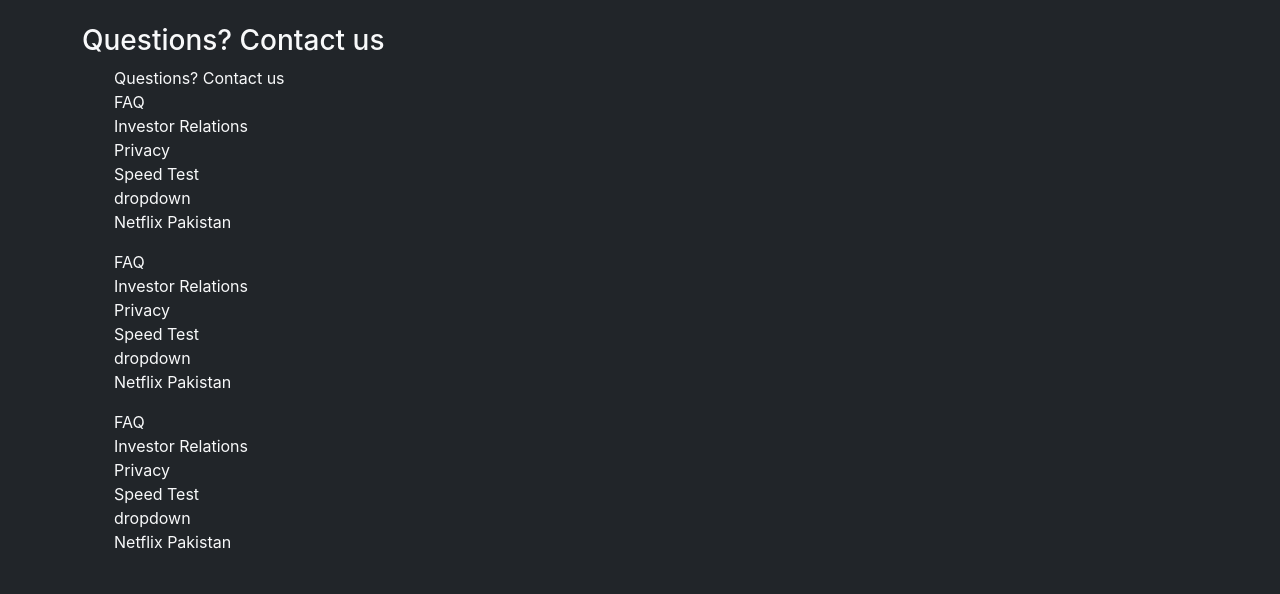
Repository: WajihaGul/Netflix-Clone
Page: /
An editor plug-in stored every save of this project. The page is shown before and after the next save, followed by the edit.
The browser window is 1280 px wide. The pictures show the part of the page from y = 621 to 1215 px (the page is 1215 px tall before and 1213 px after).
The project was rebuilt for these pictures with package versions that can differ from the ones it lists, and the page was loaded fresh each time. Also part of the build but not shown: src/App.css, src/Components/Navbar/Navbar.jsx.

Above is the page before, as saved 2024-05-23 22:21:29.

### public/index.html
<!DOCTYPE html>
<html lang="en">
  <head>
    <meta charset="utf-8" />
    <link rel="icon" href="https://encrypted-tbn0.gstatic.com/images?q=tbn:ANd9GcSJd82jZdXs8Uj9CX3mJFuRF27MZB7q_34xAg&s" />
    <meta name="viewport" content="width=device-width, initial-scale=1" />
    <meta name="theme-color" content="#000000" />
    <meta
      name="description"
      content="Web site created using create-react-app"
    />
    <link rel="apple-touch-icon" href="%PUBLIC_URL%/logo192.png" />
    <!--
      manifest.json provides metadata used when your web app is installed on a
      user's mobile device or desktop. See https://developers.google.com/web/fundamentals/web-app-manifest/
    -->
    <link rel="manifest" href="%PUBLIC_URL%/manifest.json" />
    <!--
      Notice the use of %PUBLIC_URL% in the tags above.
      It will be replaced with the URL of the `public` folder during the build.
      Only files inside the `public` folder can be referenced from the HTML.

      Unlike "/favicon.ico" or "favicon.ico", "%PUBLIC_URL%/favicon.ico" will
      work correctly both with client-side routing and a non-root public URL.
      Learn how to configure a non-root public URL by running `npm run build`.
    -->
    <title>Netflix- Watch TV Shows Online, Watch Movies Online</title>
  </head>
  <body>
    <noscript>You need to enable JavaScript to run this app.</noscript>
    <div id="root"></div>
    <!--
      This HTML file is a template.
      If you open it directly in the browser, you will see an empty page.

      You can add webfonts, meta tags, or analytics to this file.
      The build step will place the bundled scripts into the <body> tag.

      To begin the development, run `npm start` or `yarn start`.
      To create a production bundle, use `npm run build` or `yarn build`.
    -->
  </body>
</html>

### src/index.js
import "bootstrap/dist/css/bootstrap.min.css";
import React from "react";
import ReactDOM from "react-dom/client";
import "./index.css";
import App from "./App";
import reportWebVitals from "./reportWebVitals";

const root = ReactDOM.createRoot(document.getElementById("root"));
root.render(
  <React.StrictMode>
    <App />
  </React.StrictMode>
);

// If you want to start measuring performance in your app, pass a function
// to log results (for example: reportWebVitals(console.log))
// or send to an analytics endpoint. Learn more: https://bit.ly/CRA-vitals
reportWebVitals();

### src/App.js
import "./App.css";
import Footer from "./Components/Footer/Footer";
import Navbar from "./Components/Navbar/Navbar";
import SignupHere from "./Components/SignupHere/SignupHere";

function App() {
  return (
    <>
      <SignupHere />
      <Footer />
    </>
  );
}

export default App;

### src/Components/Footer/Footer.jsx
import React from "react";
import styles from "./Footer.module.css";
const Footer = () => {
  return (
    <footer className="bg-dark text-light py-4">
      <div className="container">
        <div className="row">
          <div className="col-lg-12">
            <h3>Questions? Contact us </h3>
            <ul>
              <li>Questions? Contact us </li>
              <li>FAQ</li>
              <li>Investor Relations</li>
              <li>Privacy</li>
              <li>Speed Test</li>
              dropdown
              <li>Netflix Pakistan</li>
            </ul>
          </div>

          <div className="col-lg-12">
            <ul>
              <li>FAQ</li>
              <li>Investor Relations</li>
              <li>Privacy</li>
              <li>Speed Test</li>
              dropdown
              <li>Netflix Pakistan</li>
            </ul>
          </div>

          <div className="col-lg-12 ">
            <ul>
              <li>FAQ</li>
              <li>Investor Relations</li>
              <li>Privacy</li>
              <li>Speed Test</li>
              dropdown
              <li>Netflix Pakistan</li>
            </ul>
          </div>
        </div>
      </div>
    </footer>
  );
};

export default Footer;

### src/Components/SignupHere/SignupHere.jsx
import styles from "./SignupHere.module.css";

const SignupHere = () => {
  return (
    <>
      <div className={styles.imgContainer}>
        <div className={`expand-lg bg-body-tertiary ${styles.navcontainer} `}>
          <h1>NETFLIX</h1>
          className={`expand-lg bg-body-tertiary ${styles.navcontainer} `}
          <div className="container-fluid">
            <a className={styles.brand} href="#">
              <span className={styles.navstyle}>NETFLIX</span>
            </a>

            <button className={styles.navbtn} type="submit">
              Sign in
            </button>
          </div>
          <div className={styles.SignupTextDiv}>
            <h1 className={styles.SignupText}>
              Unlimited movies, TV shows, and more
            </h1>
            <p className={styles.SignupText}>Watch anywhere. Cancel anytime.</p>
            <p className={styles.SignupText}>
              Ready to watch? Enter your email to create or restart your
              membership
            </p>
            <div>
              <input
                className={styles.SignupForm}
                type="email"
                id="email"
                name="email"
                placeholder="Enter your email"
                required
              />
              <button className={styles.SignUpBtn}>Get Started</button>
            </div>
          </div>
        </div>
      </div>
    </>
  );
};

export default SignupHere;

### src/Components/SignupHere/SignupHere.module.css
.imgContainer{
    margin-top: -79px;
    height: 700px;
    width: 100%;
    background-image: url(https://assets.nflxext.com/ffe/siteui/vlv3/a99688ca-33c3-4099-9baa-07a2e2acb398/0279102c-4f3f-4ed2-a283-cce57434d595/PK-en-20240520-popsignuptwoweeks-perspective_alpha_website_large.jpg);
}


.navbtn {
    background: #e61c1c;
    color: white;
    /* padding: 4px 17px; */
    border-radius: 7px;
    border: none;
    font-size: medium;
    font-family: emoji;
    margin-left: 343px;
    margin-right: 343px;
    padding-top: 4px;
    padding-bottom: 4px;
    height: 32px;
    width: 71px;
    margin-top: 2px;
    margin-bottom: 2px;
}

.navstyle{
    color: red;
    font-size: xx-large;
    font-family: emoji;
    padding-left: 343px;
    padding-right: 343px;
    padding-top: 10px;
    padding-bottom: 10px;
}

.navcontainer{
    background-color: transparent !important;
}
.SignupText{
    color: white;
    align-items: center;
    justify-content: center;
    display: flex;
    flex-direction: column;
}
.SignupTextDiv{
    color: white;
    align-items: center;
    justify-content: center;
    display: flex;
    flex-direction: column;
    margin-top: 170px;
}
.SignupForm{
    width: 284px;
    height: 42px;
    background: #e2dfdf;
}
.SignUpBtn{
    background: red;
    color: white;
    height: 40px;
    width: 143px;
    margin: 4px;
    /* border-radius: 7px; */
    border: none;
    font-size: larger;
}

Loaded but not shown: src/index.css (common file); src/reportWebVitals.js (common file); src/Components/Footer/Footer.module.css (common file)

After the next save:
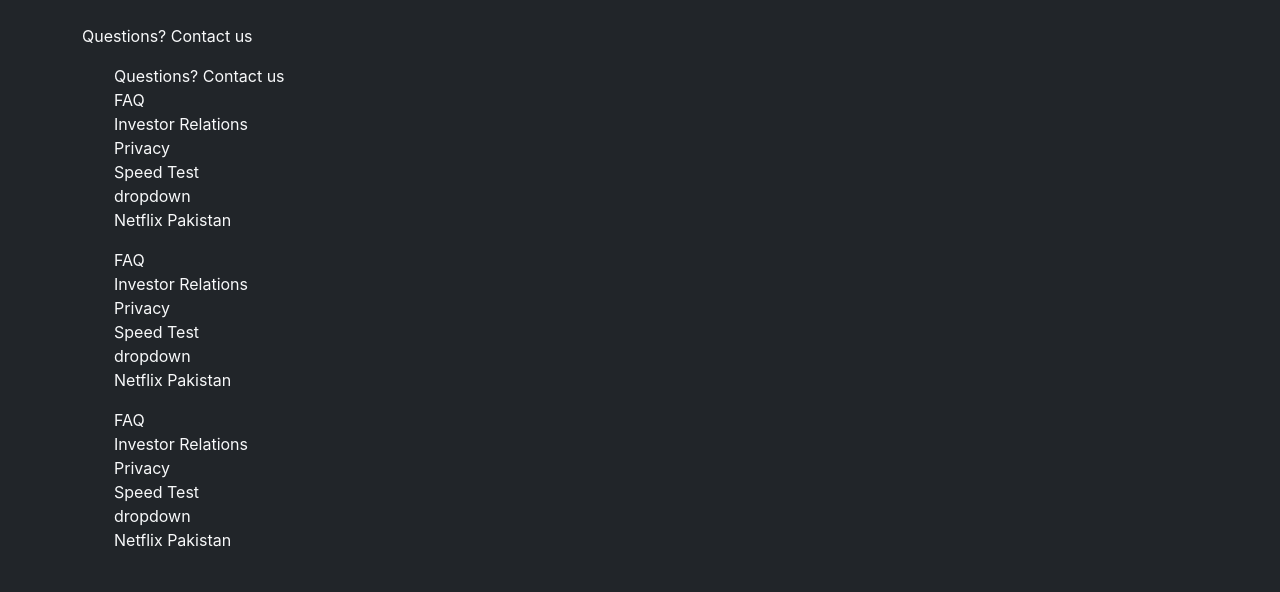
Saved 6 s later.
--- a/src/Components/Footer/Footer.jsx
+++ b/src/Components/Footer/Footer.jsx
@@ -6,7 +6,7 @@
       <div className="container">
         <div className="row">
           <div className="col-lg-12">
-            <h3>Questions? Contact us </h3>
+            <p>Questions? Contact us </p>
             <ul>
               <li>Questions? Contact us </li>
               <li>FAQ</li>
